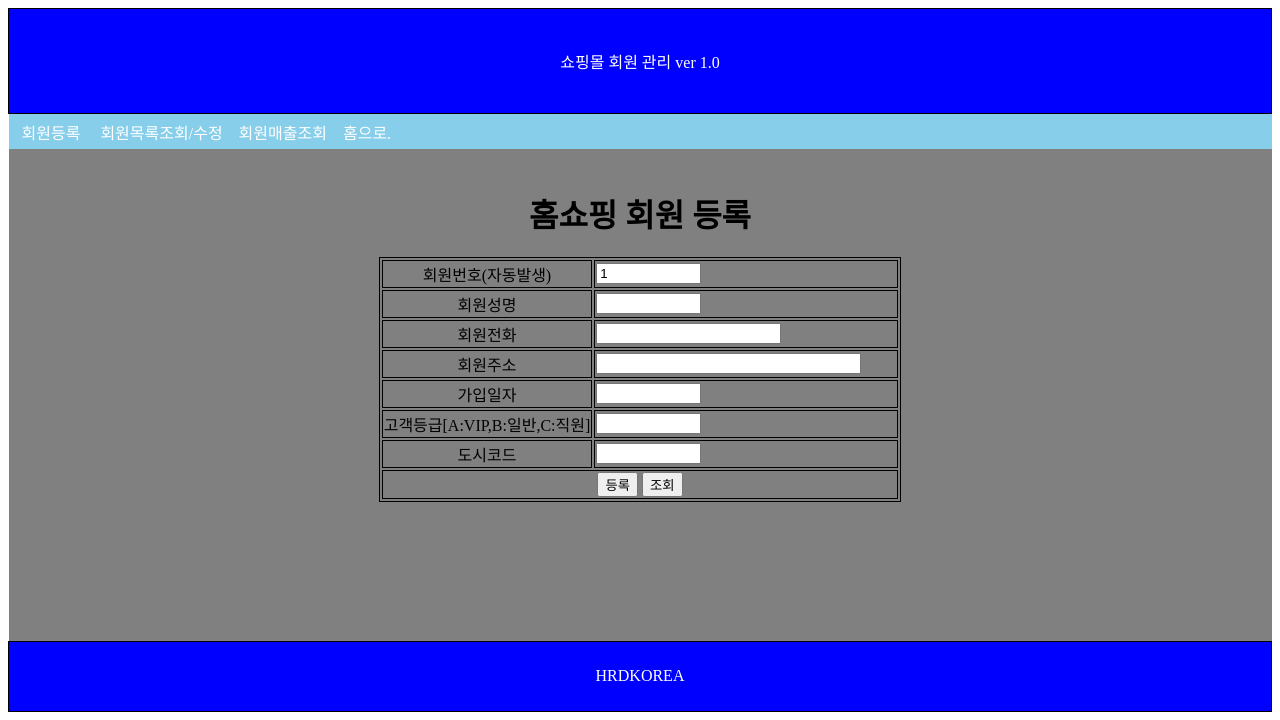
Repository: choigobin/Programming
Page: http://localhost/HRD1118/insert.jsp
These files come from the project's save history. The page is drawn as it stood at one moment and after the next save; the edit follows.
The browser window is 1280 px wide. The pictures show the whole page.
The page is served by Tomcat 9. Queries for data that is not in the repository find no rows.

Above is the page before, as saved 2019-11-18 04:05:56.

After the next save:
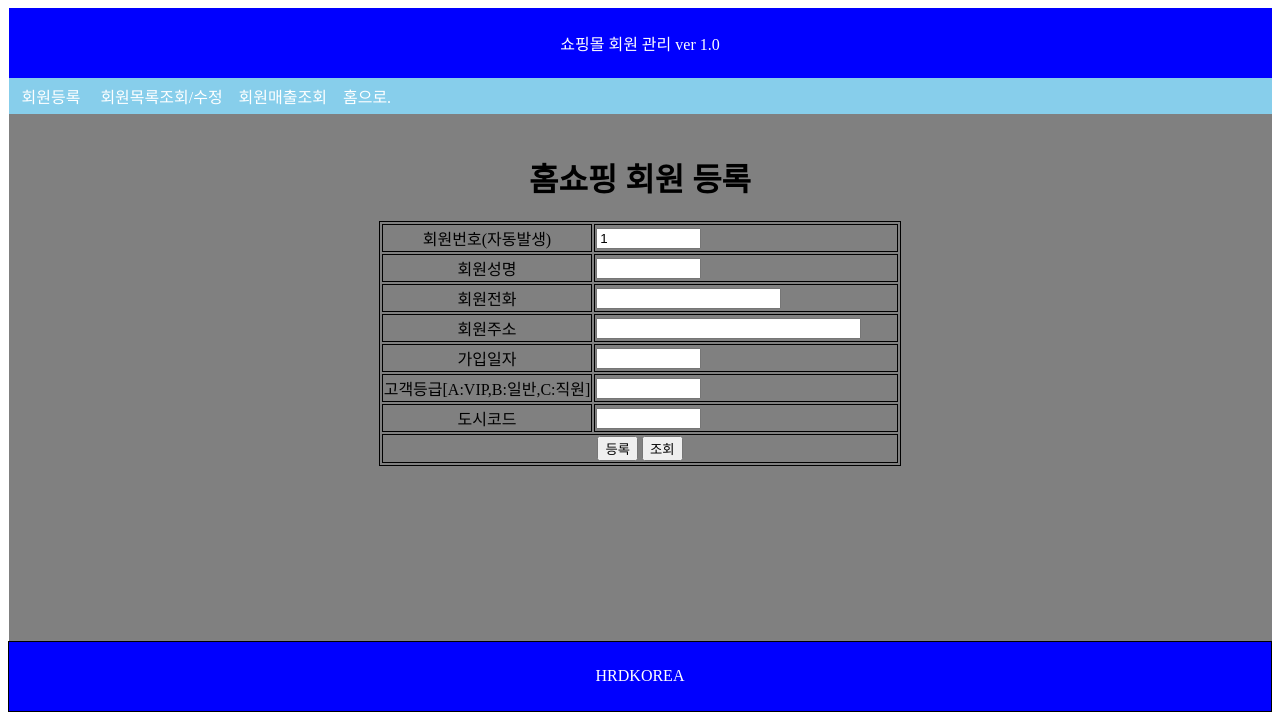
Saved 26 s later.
--- a/YangJung/workspace/HRD1118/WebContent/header.jsp
+++ b/YangJung/workspace/HRD1118/WebContent/header.jsp
@@ -1,7 +1,7 @@
 <%@ page language="java" contentType="text/html; charset=UTF-8"
     pageEncoding="UTF-8"%>
-<tr height="15%">
-<td bgcolor="blue" align="center">
+<tr id="t1" height="10%">
+<td id="t1" bgcolor="blue" align="center">
 <span style="color: white; font-size:'20px';">쇼핑몰 회원 관리 ver 1.0</span>
 </td>
 </tr>
